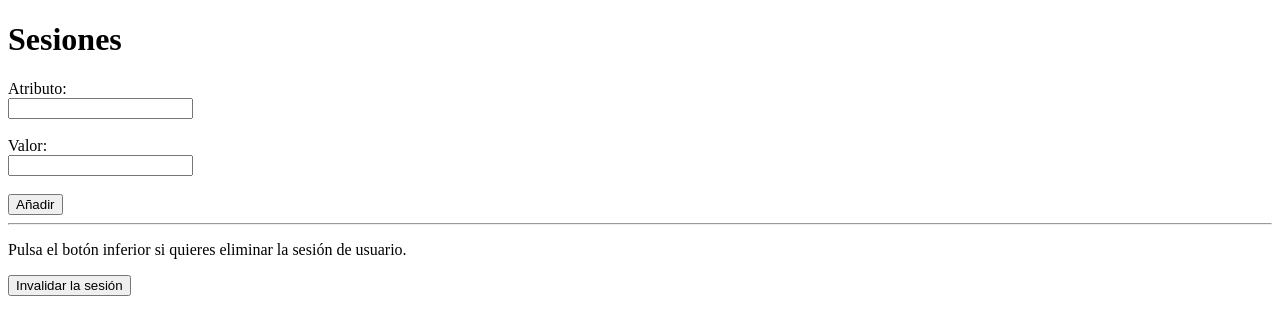
Repository: Scastellc/javaee
Page: Sesiones/WebContent/index.html
These files come from the project's save history. The page is drawn as it stood at one moment and after the next save; the edit follows.
The browser window is 1280 px wide. The pictures show the whole page.

Above is the page before, as saved 2017-02-16 18:43:15.

After the next save:
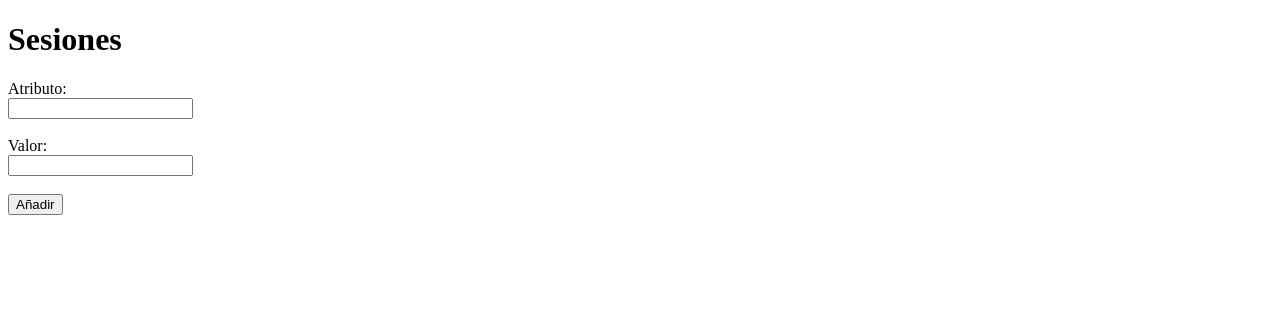
Saved 23 s later.
--- a/Sesiones/WebContent/index.html
+++ b/Sesiones/WebContent/index.html
@@ -13,10 +13,6 @@
 		<input type="text" name="valor"><br><br>
 		<input type="submit" value="Añadir"><br>
 	</form>
-<hr>
-	<p>Pulsa el botón inferior si quieres eliminar la sesión de usuario.</p>
-	<form method="get" action="/Sesiones/invalidar">
-		<input type="submit" value="Invalidar la sesión">
-	</form>
+
 </body>
 </html>

After the save that followed:
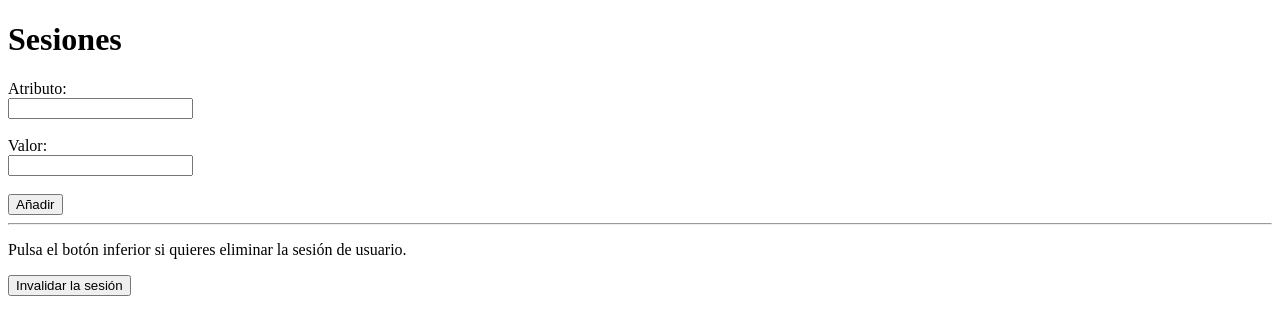
Saved 18 s later.
--- a/Sesiones/WebContent/index.html
+++ b/Sesiones/WebContent/index.html
@@ -13,6 +13,10 @@
 		<input type="text" name="valor"><br><br>
 		<input type="submit" value="Añadir"><br>
 	</form>
-
+<hr>
+	<p>Pulsa el botón inferior si quieres eliminar la sesión de usuario.</p>
+	<form method="get" action="/Sesiones/invalidar">
+		<input type="submit" value="Invalidar la sesión">
+	</form>
 </body>
 </html>
